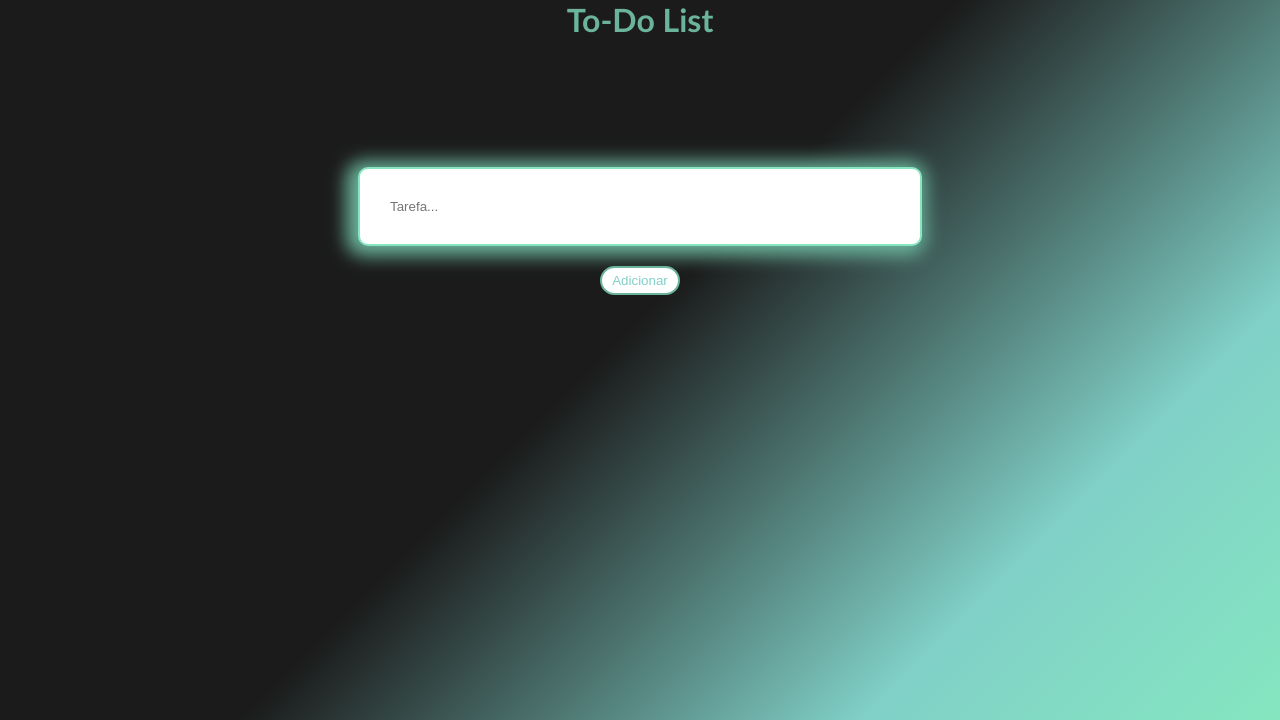
Repository: PetersonAntonyDev/python-flask-
Page: index.html
These files come from the project's save history. The page is drawn as it stood at one moment and after the next save; the edit follows.
The browser window is 1280 px wide. The pictures show the whole page.

Above is the page before, as saved 2022-07-26 10:40:20.

After the next save:
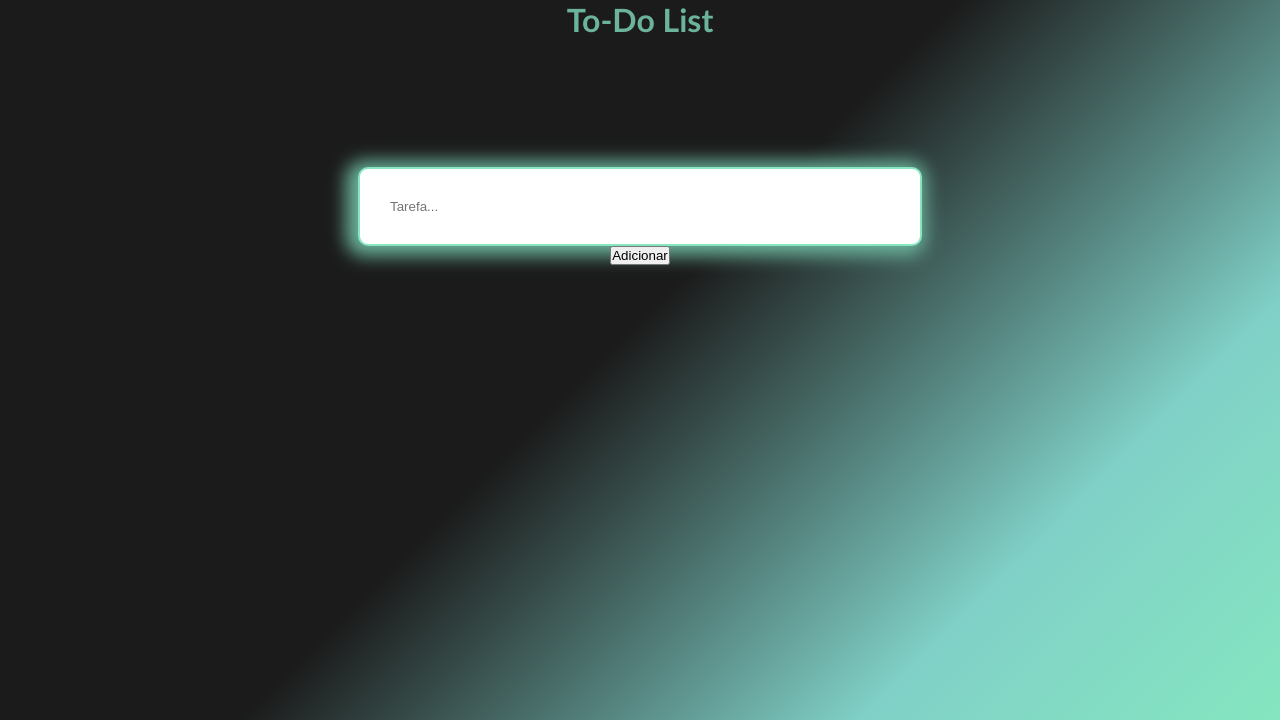
Saved 17 s later.
--- a/index.html
+++ b/index.html
@@ -14,7 +14,7 @@
     <main>
         <form action="" method="post">
             <input class="task" type="text" name="task" id="task" placeholder="Tarefa...">
-            <button class="ADD">Adicionar</button>
+            <button class="add">Adicionar</button>
         </form>
     </main>
 </body>

After the save that followed:
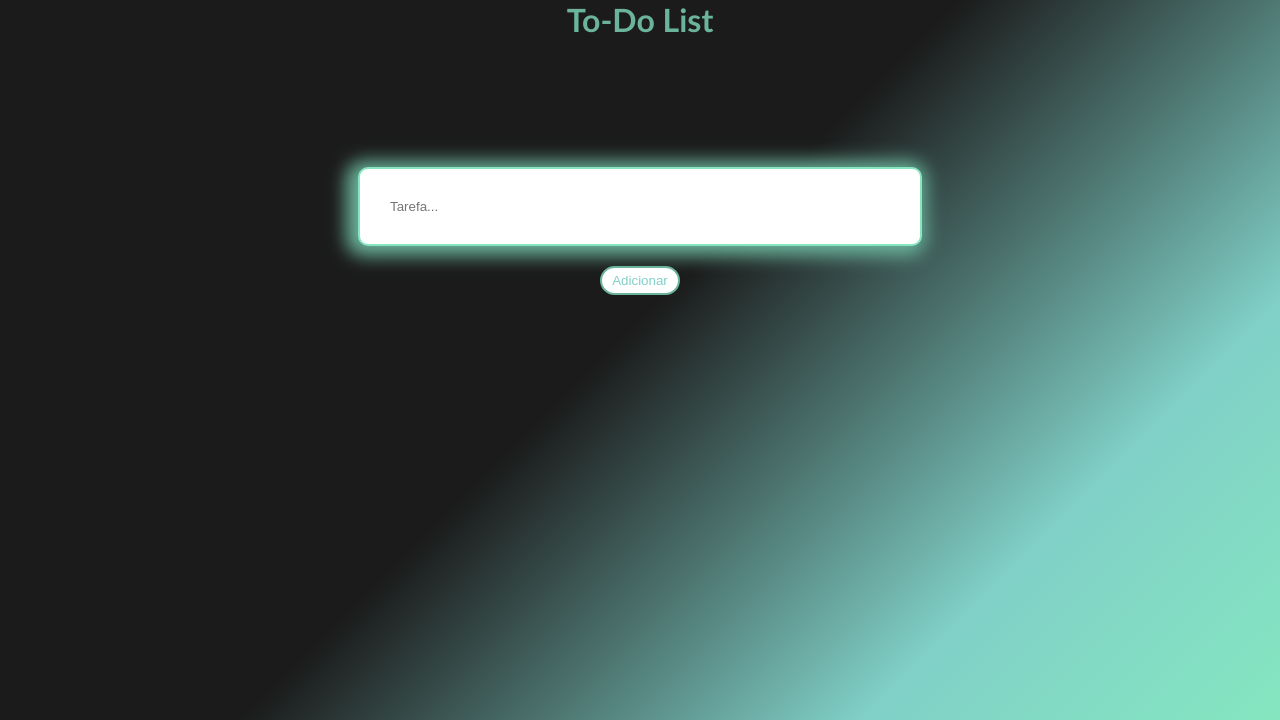
Saved 10 s later.
--- a/style.css
+++ b/style.css
@@ -38,7 +38,7 @@ form {
     box-shadow: -4px 2px 18px 8px rgba(107, 179, 155, 1);
 }
 
-.ADD {
+.add {
     padding: 5px 10px;
     border: #6bb39b 2px solid;
     border-radius: 50px;
@@ -47,4 +47,6 @@ form {
     margin-top: 20px;
 }
 
-butto
+.add:hover {
+
+}
